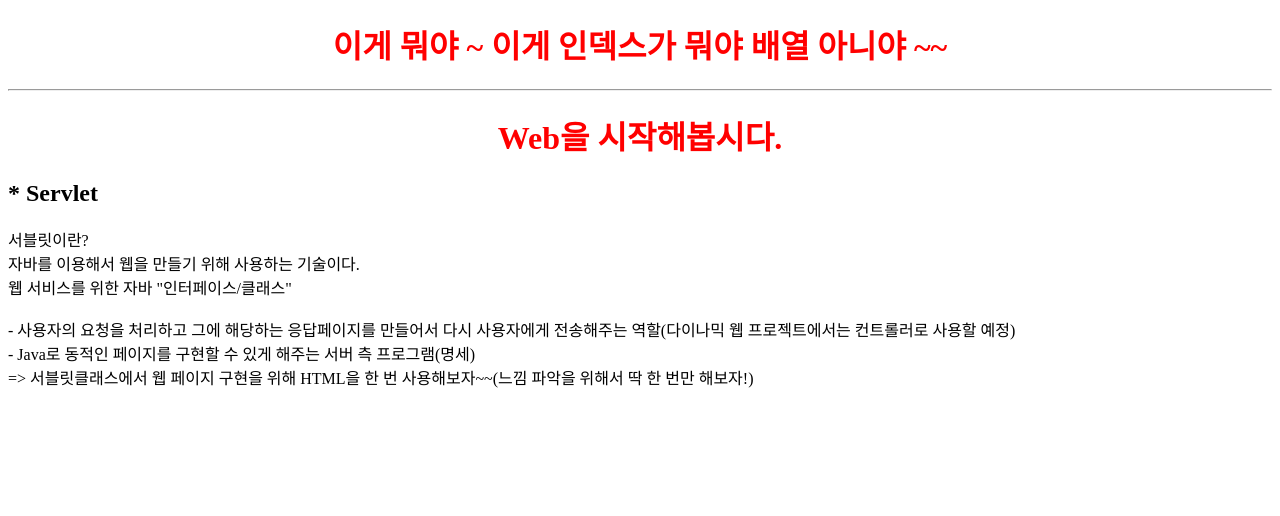
Repository: MiadongDeersfeet/webservice
Page: MyFirstWebProject/src/main/webapp/index.html
The author's editor kept a copy of each file at every save. The page is drawn from the files as they stood at one save, then again after the next save.
The browser window is 1280 px wide. The pictures show the whole page.

Above is the page before, as saved 2025-09-22 07:18:06.

### MyFirstWebProject/src/main/webapp/index.html
<!DOCTYPE html>
<html>
<head>
<meta charset="UTF-8">
<title>안녕하세요 인 덱스입니다.</title>
<style>
h1 {
	color : red;
	text-align: center;
}
</style>
</head>
<body>
<!--
	1) 새로운 워크스페이스를 만들어서 이클립스로 열기

	2) 작업 환경 구성

		2_1) 보여질 U.I를 구성

		2_2) 서버 실행환경 구성[Window - Preferences]
		(Server - Runtime Environments)
		이클립스 상에서 서버를 실행할 수 있도록 실행환경을 연동하는 과정
		Add버튼 클릭 -> 설치한 ApacheTomcat과 동일한 버전 선택 -> Next버튼 클릭
		-> Browse버튼 클릭 -> 설치한 톰캣 폴더 선택 -> Finish버튼 클릭

	3) 서버 생성하기

		3_1) [Servers] - [New] - {Server}

		3_2) 창에 기본적으로 2_2에서 세팅해놓은 Runtime이 잡혀있을 것

		3_3) Finish버튼 클릭

		3_4) 서버 세팅하기(만들어진 서버 더블클릭)

			3_4_1) 왼쪽하단에 ServerOption탭에 Serve Module Publishing 체크
			=> file upload / download 경로 지정이 운영체제 상 숨김폴더로 지정
			=> 이것을 숨김폴더가 아니라 우리 프로젝트 폴더에서 직접 관리하려고 하는 겁니다.

			3_4_2) 포트번호를 바꿔야한다면 재설정 => 작업이 끝나면 "반드시" 저장

		4) Dynamic Web Project 만들기 [Project Explorer - new]

			4_1) 프로젝트명 신중하게 만들기 - Next

			4_2) default output folder 경로 재설정 :
				src/main/webapp/WEB_INF/classes
			=> classes라는 폴더 안에 컴파일이 끝난 .class파일이 들어감
			WEB-INF 안에 만들어두지 않으면 외부에서 접근이 가능하기 때문에 보안상 위험함

			4_3) Context root : 애플리케이션만의 고유한 이름으로 지어줄 것(기본값 : 프로젝트명)
			재정의해서 쓰는 것이 보편적이고 실제로 자주 바뀔 수 있음
			=> 하나의 서버로 여러 개의 애플리케이션을 구동할 수 있음
			고유한 이름을 통해 애플리케이션에 접근하는 경로로 사용할 수 있음

			Content Directory : 실제로 배포되는 폴더(서버에 올라가는 폴더)의 최상위 폴더명!
			=> 변경 시 default output folder로 돌아가서 그 쪽도 변경해야함

			Generate web.xml deployment descriptor : 기본적으로는 체크가 안돼있음
			=> web.xml에는 애플리케이션 전체 정보가 들어있음(메인페이지 지정)
			굳이 바꿀 일 없어~~~하면은 안만들어도 무방
			혹시나 수정을 할 수도 있고 공부를 해야하니까 꼭 만들자!!!!

			Finish 버튼 클릭

			5) 새로 만들어진 Project 확인하기

				5_1) src - main - webapp - 'WEB-INF' - classes 폴더 잘 있나

				5_2) src - main - webapp - 'WEB-INF' - web.xml 잘 있나

				5_3) src - main - webapp - index.html파일 만들기

			6) 생성해놓은 Server에 올리기

				[Servers] -> Server 오른쪽 클릭 -> Add and Remove -> 왼쪽에서 선택 후 클릭 -> Finish

			7) 서버 실행 잘 되는 거 확인했으면 브라우저 켜서 URL요청 보내서 index 파일 잘 나오나 확인

 -->


	<h1>이게 뭐야 ~ 이게 인덱스가 뭐야 배열 아니야 ~~</h1>

	<hr>

	<h1>Web을 시작해봅시다.</h1>

	<h2>* Servlet </h2>

	<p>
		서블릿이란? <br>
		자바를 이용해서 웹을 만들기 위해 사용하는 기술이다. <br>
		웹 서비스를 위한 자바 "인터페이스/클래스" <br><br>

		- 사용자의 요청을 처리하고 그에 해당하는 응답페이지를 만들어서
		  다시 사용자에게 전송해주는 역할(다이나믹 웹 프로젝트에서는 컨트롤러로 사용할 예정) <br>
		- Java로 동적인 페이지를 구현할 수 있게 해주는 서버 측 프로그램(명세) <br>

		=> 서블릿클래스에서 웹 페이지 구현을 위해 HTML을 한 번 사용해보자~~(느낌 파악을 위해서 딱 한 번만 해보자!)
	</p>



</body>
</html>

After the next save:
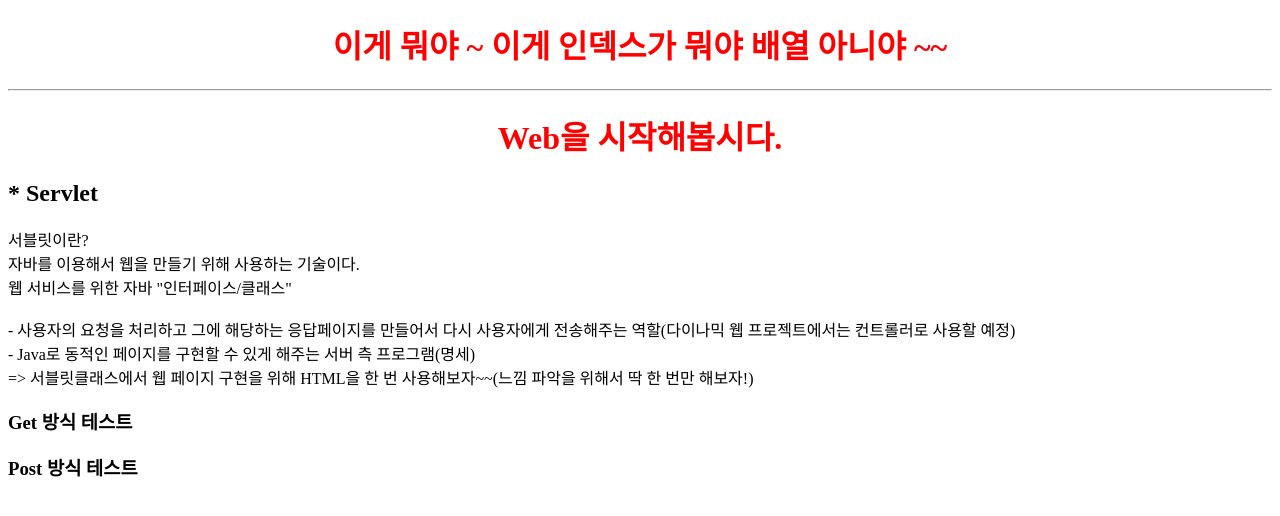
Saved 34 s later.
--- a/MyFirstWebProject/src/main/webapp/index.html
+++ b/MyFirstWebProject/src/main/webapp/index.html
@@ -101,6 +101,9 @@ h1 {
 		=> 서블릿클래스에서 웹 페이지 구현을 위해 HTML을 한 번 사용해보자~~(느낌 파악을 위해서 딱 한 번만 해보자!)
 	</p>
 
+	<h3><a>Get 방식 테스트</a></h3>
+
+	<h3><a>Post 방식 테스트</a></h3>
 
 
 </body>
